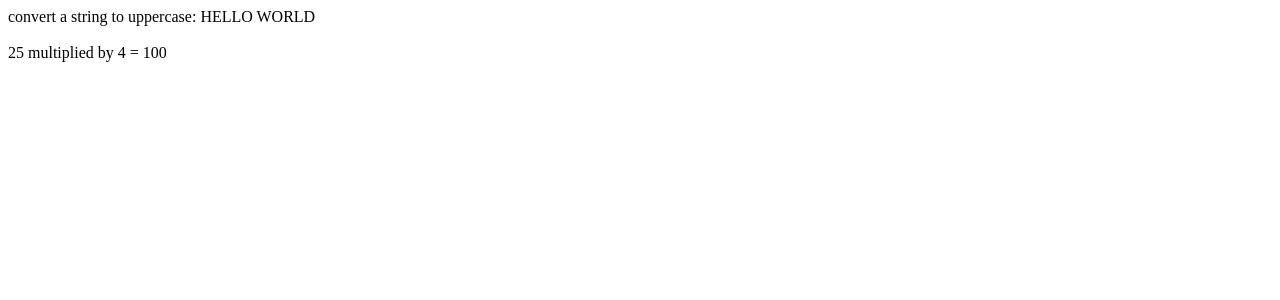
Repository: keerthana-777/01-helloworld
Page: http://localhost/01-helloworld/expression-test.jsp
These files come from the project's save history. The page is drawn as it stood at one moment and after the next save; the edit follows.
The browser window is 1280 px wide. The pictures show the whole page.
The page is served by Tomcat 9. Other server files are loaded and not shown.

Above is the page before, as saved 2022-04-13 09:53:58.

### eclipse-workspace/01-helloworld/src/main/webapp/expression-test.jsp
<%@ page language="java" contentType="text/html; charset=ISO-8859-1"
    pageEncoding="ISO-8859-1"%>
<!DOCTYPE html>
<html>
<head>
<meta charset="ISO-8859-1">
<title>Insert title here</title>
</head>
<body>
   convert a string to uppercase: <%= new String("Hello world").toUpperCase() %>
   <br/><br/>
   25 multiplied by 4 = <%= 25*4 %>
</body>
</html>

After the next save:
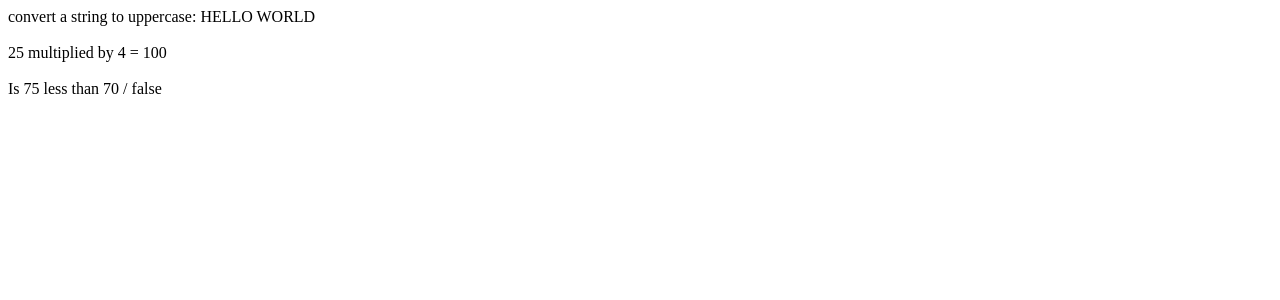
Saved 3 h 7 min later.
--- a/eclipse-workspace/01-helloworld/src/main/webapp/expression-test.jsp
+++ b/eclipse-workspace/01-helloworld/src/main/webapp/expression-test.jsp
@@ -10,5 +10,7 @@
    convert a string to uppercase: <%= new String("Hello world").toUpperCase() %>
    <br/><br/>
    25 multiplied by 4 = <%= 25*4 %>
+   <br/><br/>
+   Is 75 less than 70 / <%= 75 < 60 %>
 </body>
 </html>
